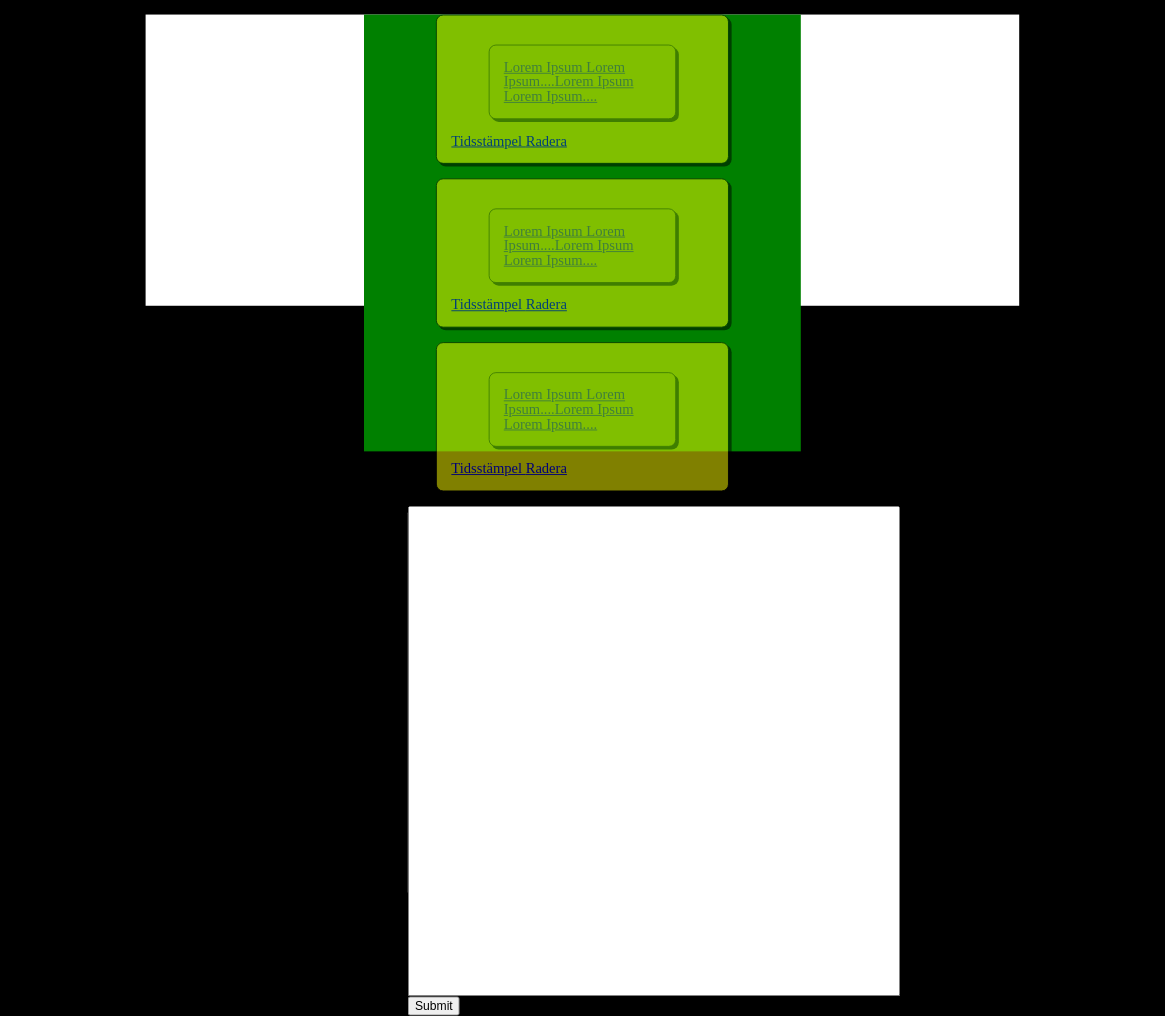
Repository: AndreasAnemyrLNU/1dv403-laborationer-AA223IG
Page: 2-labbymezzage/index.html
The author's editor kept a record of every edit. The page is drawn from the files as they stood at one moment, then again after the next edit.
The browser window is 1280 px wide. The pictures show the whole page, at 91% of full size.

Above is the page before.

### 2-labbymezzage/index.html
<!DOCTYPE html>
<html lang="sv">
    <head>
        <link rel="stylesheet" href="css/main.css" type="text/css" />
    </head>
    <body>
        <div id="messageWrapper">
            <main id="mainMessageArea">
                <div id="messagesContainer">
                    <article id="1" class="message">
                        <a class="message block" href="#">Lorem Ipsum Lorem Ipsum....Lorem Ipsum Lorem Ipsum....</a>
                        <a href="#">Tidsstämpel </a><a href="#">Radera</a>
                    </article>
                    <article id="2" class="message">
                        <a class="message block" href="#">Lorem Ipsum Lorem Ipsum....Lorem Ipsum Lorem Ipsum....</a>
                        <a href="#">Tidsstämpel </a><a href="#">Radera</a>
                    </article>
                    <article id="2" class="message">
                        <a class="message block" href="#">Lorem Ipsum Lorem Ipsum....Lorem Ipsum Lorem Ipsum....</a>
                        <a href="#">Tidsstämpel </a><a href="#">Radera</a>
                    </article>
                </div>
                <form id="messageForm">
                    <input id="messageInputArea"type="textarea"/>
                    <input type="submit" value="Submit"/>
                </form>
            </main>
        </div>

        <!--<script type="text/javascript" src="js/addEvent.js"></script>-->
        <script type="text/javascript" src="js/run.js"></script>
        <script type="text/javascript" src="js/Message.js"></script>
    </body>
</html>

### 2-labbymezzage/css/main.css
/*Optimized for 960px width*/

/*ColorScheme*/


/* http://meyerweb.com/eric/tools/css/reset/
   v2.0 | 20110126
   License: none (public domain)
*/

html, body, div, span, applet, object, iframe,
h1, h2, h3, h4, h5, h6, p, blockquote, pre,
a, abbr, acronym, address, big, cite, code,
del, dfn, em, img, ins, kbd, q, s, samp,
small, strike, strong, sub, sup, tt, var,
b, u, i, center,
dl, dt, dd, ol, ul, li,
fieldset, form, label, legend,
table, caption, tbody, tfoot, thead, tr, th, td,
article, aside, canvas, details, embed,
figure, figcaption, footer, header, hgroup,
menu, nav, output, ruby, section, summary,
time, mark, audio, video {
	margin: 0;
	padding: 0;
	border: 0;
	font-size: 100%;
	font: inherit;
	vertical-align: baseline;
}
/* HTML5 display-role reset for older browsers */
article, aside, details, figcaption, figure,
footer, header, hgroup, menu, nav, section {
	display: block;
}
body {
	line-height: 1;
}
ol, ul {
	list-style: none;
}
blockquote, q {
	quotes: none;
}
blockquote:before, blockquote:after,
q:before, q:after {
	content: '';
	content: none;
}
table {
	border-collapse: collapse;
	border-spacing: 0;
}

/*END OF MEYER'S RESET*/

body {
    background-color: black;
}

#mainMessageArea {
    background-color: green;
    height: 30em;
    margin: auto;
    width: 30em;
}

#messageForm {
    background-color: grey;
    border-radius: .5em;
    height: 90%;
    margin: auto;
    width: 80%;

}

#messageInputArea {
    width: 40em;
    height: 40em;

}

#messageWrapper {
    background-color: white;
    height: 20em;
    margin: 1em auto;
    width: 60em;
}

.block {
    display: block;
}

.message {
    background-color: yellow;
    border: .0625em solid black;
    border-radius: .5em;
    box-shadow: black 3px 3px;
    margin: 1em auto;
    opacity: .5;
    padding: 1em;
    width: 60%;
}

.message:hover {
    border: .1250em solid black;
    opacity: 1;
}

### 2-labbymezzage/js/run.js
"use strict";


var run = {

    init:   function(){

        var mess = new Message("Testmeddelande", new Date());
        alert(mess);
        alert(mess.getText());
        mess.setText("En annan text");
        alert(mess);

    }

};


window.onload = run.init;

### 2-labbymezzage/js/Message.js
"use strict";

function Message(message, date){

    this.getText = function(){
        return message;
    };

    this.setText = function (_text){
        message = _text;
    };

}

Message.prototype.toString = function(){
    return this.getText()+" ("+this.getDate()+")";
};

After the next edit:
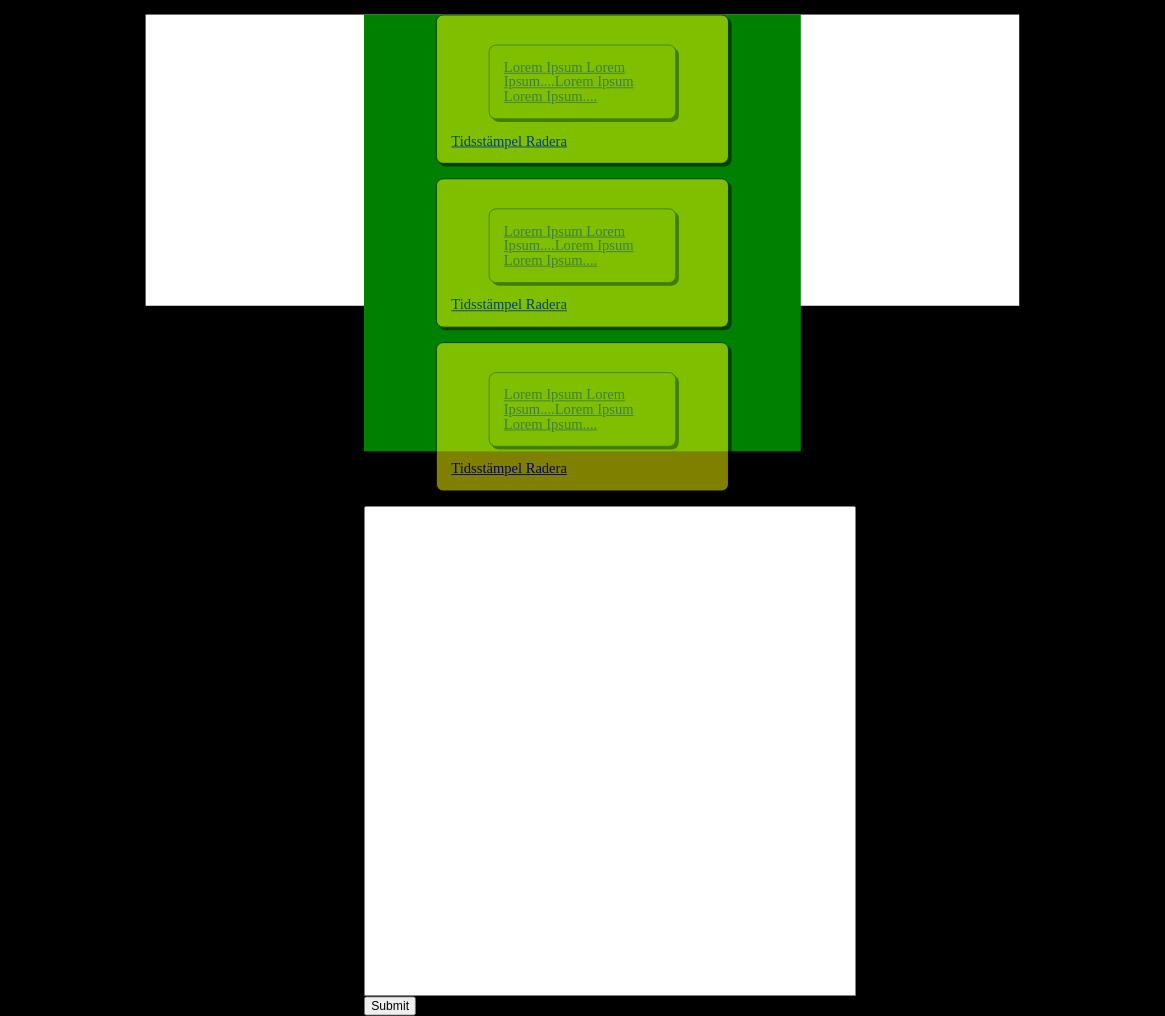
The edit:
--- a/2-labbymezzage/css/main.css
+++ b/2-labbymezzage/css/main.css
@@ -70,7 +70,6 @@
     border-radius: .5em;
     height: 90%;
     margin: auto;
-    width: 80%;
 
 }
 
